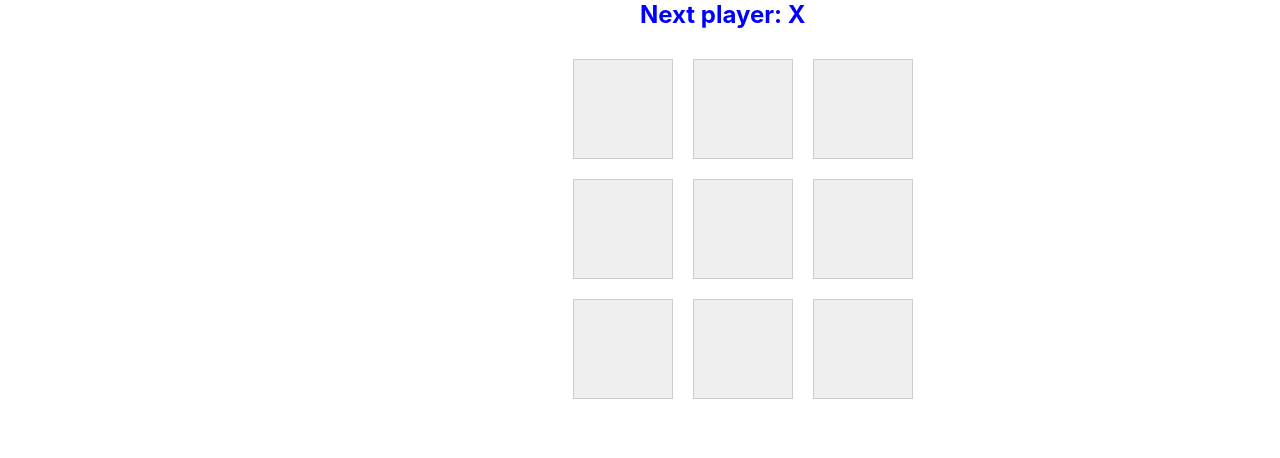
Repository: sedat-akdogan/React_Revision
Page: / (app in tic-tac-toe/)
An editor plug-in stored every save of this project. The page is shown before and after the next save, followed by the edit.
The browser window is 1280 px wide. The pictures show the whole page.
The project was rebuilt for these pictures with package versions that can differ from the ones it lists, and the page was loaded fresh each time.

Above is the page before, as saved 2023-05-13 00:41:34.

### tic-tac-toe/src/index.css
body {
    margin: 0;
    font-family: -apple-system, BlinkMacSystemFont, 'Segoe UI', 'Roboto', 'Oxygen',
        'Ubuntu', 'Cantarell', 'Fira Sans', 'Droid Sans', 'Helvetica Neue',
        sans-serif;
    -webkit-font-smoothing: antialiased;
    -moz-osx-font-smoothing: grayscale;
}

code {
    font-family: source-code-pro, Menlo, Monaco, Consolas, 'Courier New',
        monospace;
}

.square {
    width: 100px;
    height: 100px;
    font-size: 24px;
    border: 1px solid #ccc;
    display: inline-block;
    justify-content: center;
    align-items: center;
}

.board-row {
    margin-left: 44%;
    display: flex;
}

.board-row .square {
    margin: 10px;
}

.board-row:last-child .square {
    margin-bottom: 0;
}

.status {
    color: blue;
    font-size: 24px;
    margin-bottom: 20px;
    margin-bottom: 20px;
    margin-left: 50%;
    font-weight: bold;
}

### tic-tac-toe/src/App.js
import { useState } from 'react';


function Square({ value, onSquareClick }) {
    return (
        <button className="square" onClick={onSquareClick}>
            {value}
        </button>
    );
}

export default function Board() {
    const [xIsNext, setXIsNext] = useState(true);
    const [squares, setSquares] = useState(Array(9).fill(null));

    function handleClick(i) {
        if (squares[i] || calculateWinner(squares)) {
            return;
        }
        const nextSquares = squares.slice();
        if (xIsNext) {
            nextSquares[i] = 'X';
        } else {
            nextSquares[i] = 'O';
        }
        setSquares(nextSquares);
        setXIsNext(!xIsNext);
    }

    const winner = calculateWinner(squares);
    let status;
    if (winner) {
        status = "Winner: " + winner;
    } else {
        status = "Next player: " + (xIsNext ? "X" : "O");
    }

    return (
        <>
            <div className="status">{status}</div>
            <div className="board-row">
                <Square value={squares[0]} onSquareClick={() => handleClick(0)} />
                <Square value={squares[1]} onSquareClick={() => handleClick(1)} />
                <Square value={squares[2]} onSquareClick={() => handleClick(2)} />
            </div>
            <div className="board-row">
                <Square value={squares[3]} onSquareClick={() => handleClick(3)} />
                <Square value={squares[4]} onSquareClick={() => handleClick(4)} />
                <Square value={squares[5]} onSquareClick={() => handleClick(5)} />
            </div>
            <div className="board-row">
                <Square value={squares[6]} onSquareClick={() => handleClick(6)} />
                <Square value={squares[7]} onSquareClick={() => handleClick(7)} />
                <Square value={squares[8]} onSquareClick={() => handleClick(8)} />
            </div>
        </>
    );
}

function calculateWinner(squares) {
    const lines = [
        [0, 1, 2],
        [3, 4, 5],
        [6, 7, 8],
        [0, 3, 6],
        [1, 4, 7],
        [2, 5, 8],
        [0, 4, 8],
        [2, 4, 6]
    ];
    for (let i = 0; i < lines.length; i++) {
        const [a, b, c] = lines[i];
        if (squares[a] && squares[a] === squares[b] && squares[a] === squares[c]) {
            return squares[a];
        }
    }
    return null;
}

Loaded but not shown: tic-tac-toe/public/index.html (common file); tic-tac-toe/src/index.js (common file); tic-tac-toe/src/reportWebVitals.js (common file)

After the next save:
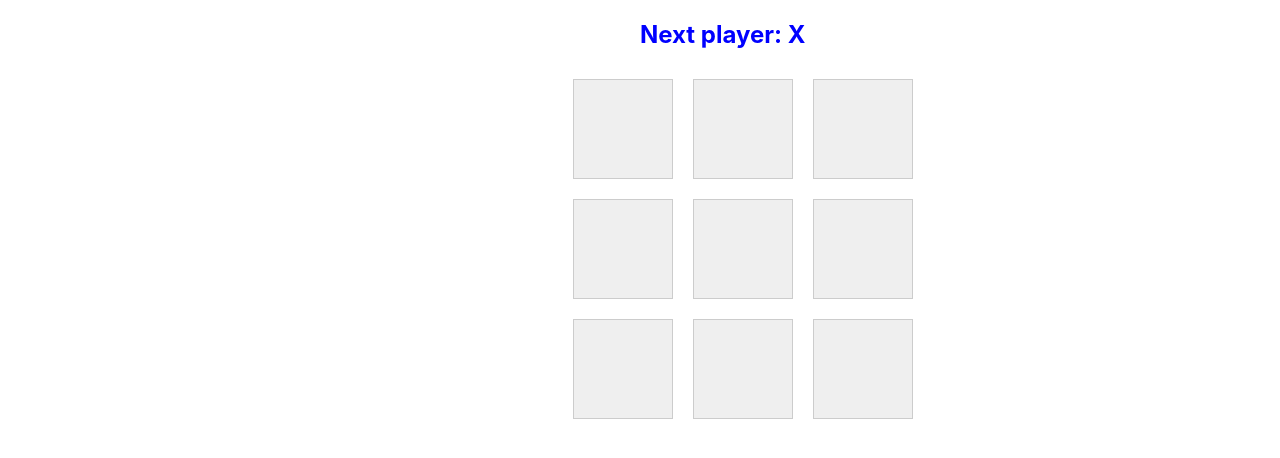
Saved 8 s later.
--- a/tic-tac-toe/src/index.css
+++ b/tic-tac-toe/src/index.css
@@ -38,7 +38,7 @@ code {
 .status {
     color: blue;
     font-size: 24px;
-    margin-bottom: 20px;
+    margin-top: 20px;
     margin-bottom: 20px;
     margin-left: 50%;
     font-weight: bold;
